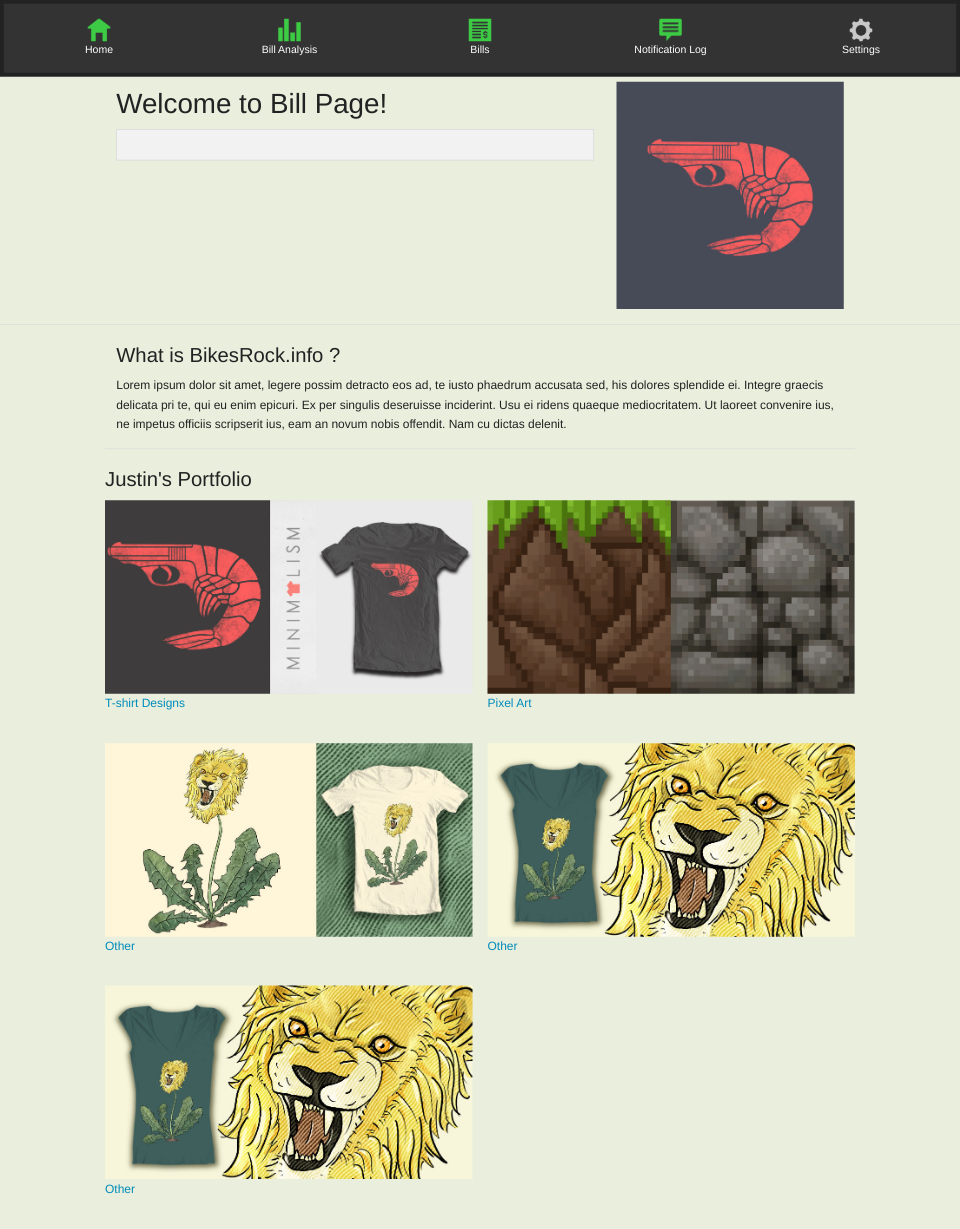
Repository: jcskillings/paidit
Page: billaccounts.html
The author's editor kept a record of every edit. The page is drawn from the files as they stood at one moment, then again after the next edit.
The browser window is 1280 px wide. The pictures show the whole page, at 75% of full size.

Above is the page before.

After the next edit:
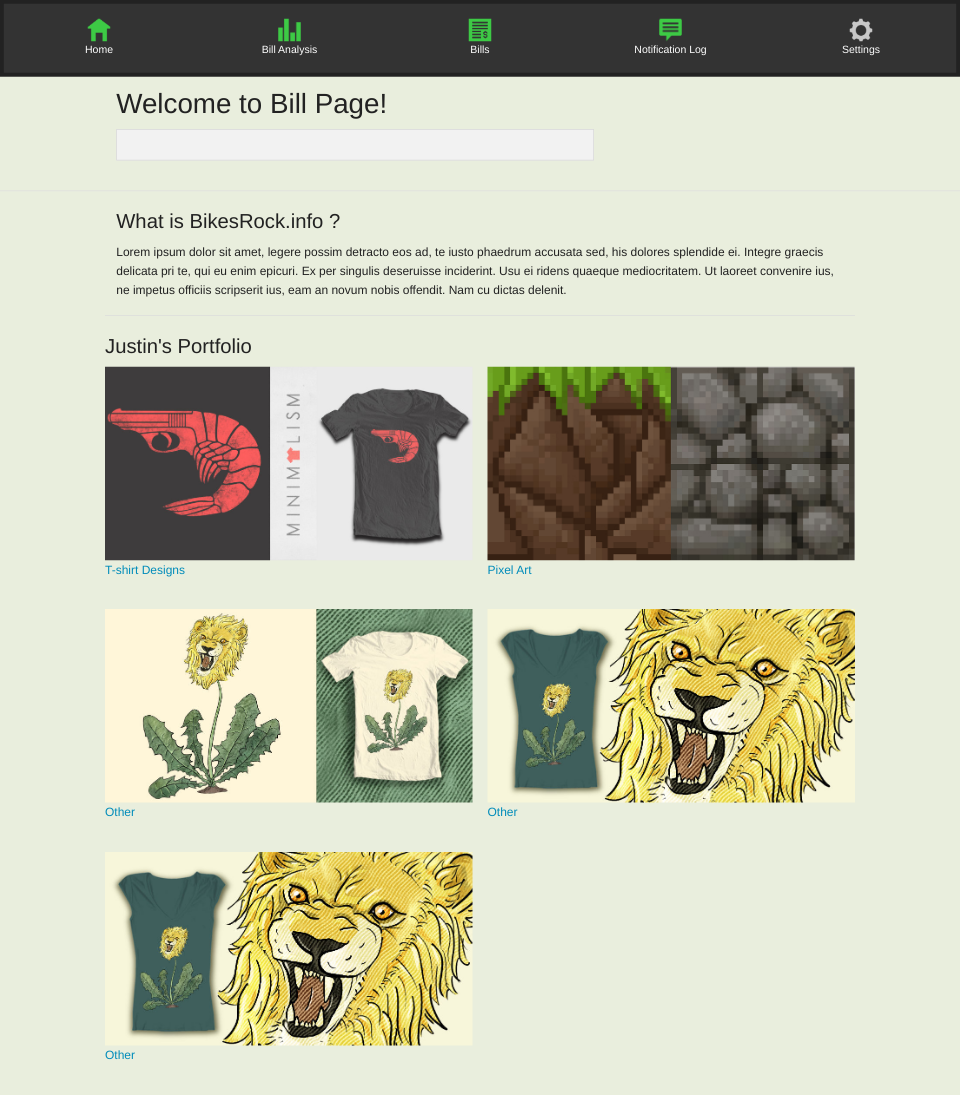
The edit:
--- a/billaccounts.html
+++ b/billaccounts.html
@@ -60,7 +60,6 @@
       </div>
 
         <div class="large-4 columns">
-          <img src="img/shimpIcon.png" />
         </div>
 
 
